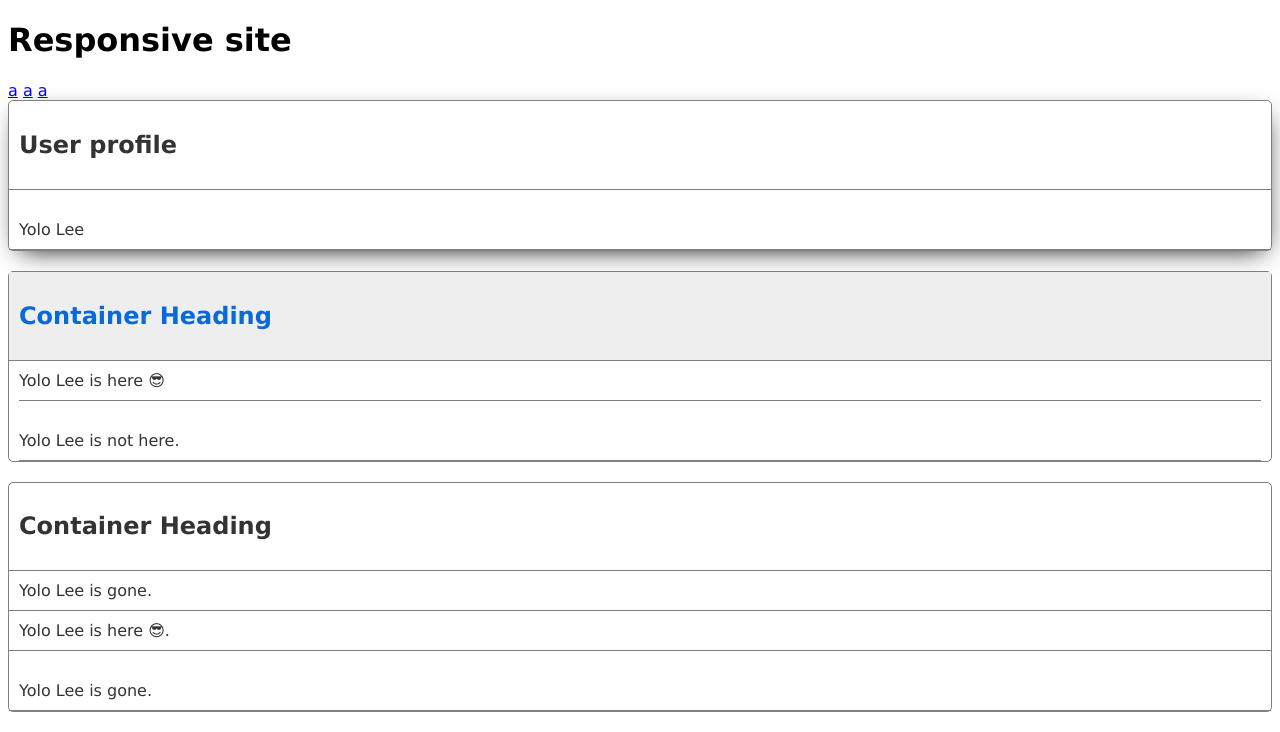
Repository: HyunJunggggg/MDIA2109
Page: inclass/week6/index.html
These files come from the project's save history. The page is drawn as it stood at one moment and after a run of saves; the edit follows.
The browser window is 1280 px wide. The pictures show the whole page.

Above is the page before, as saved 2025-02-13 15:28:46.

After the next 4 saves:
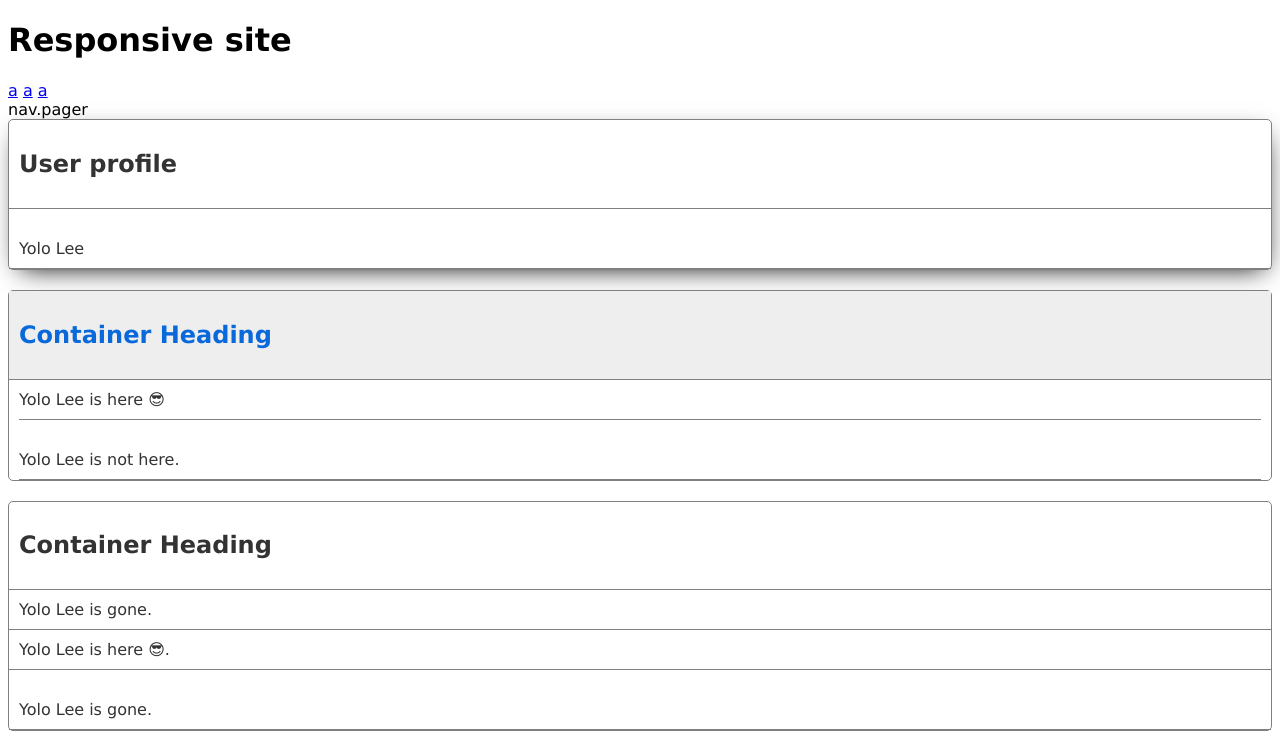
The 4 saves are shown as one change because they came seconds apart.
The last was saved 31 s later.
--- a/inclass/week6/index.html
+++ b/inclass/week6/index.html
@@ -15,6 +15,7 @@
   <a class="page--header--link"href="/">a</a>
   </header>
 
+  nav.pager
   <section class="container container--emphasize">
     <div class="container__content">
       <h1 class="container__title">User profile</h1>
